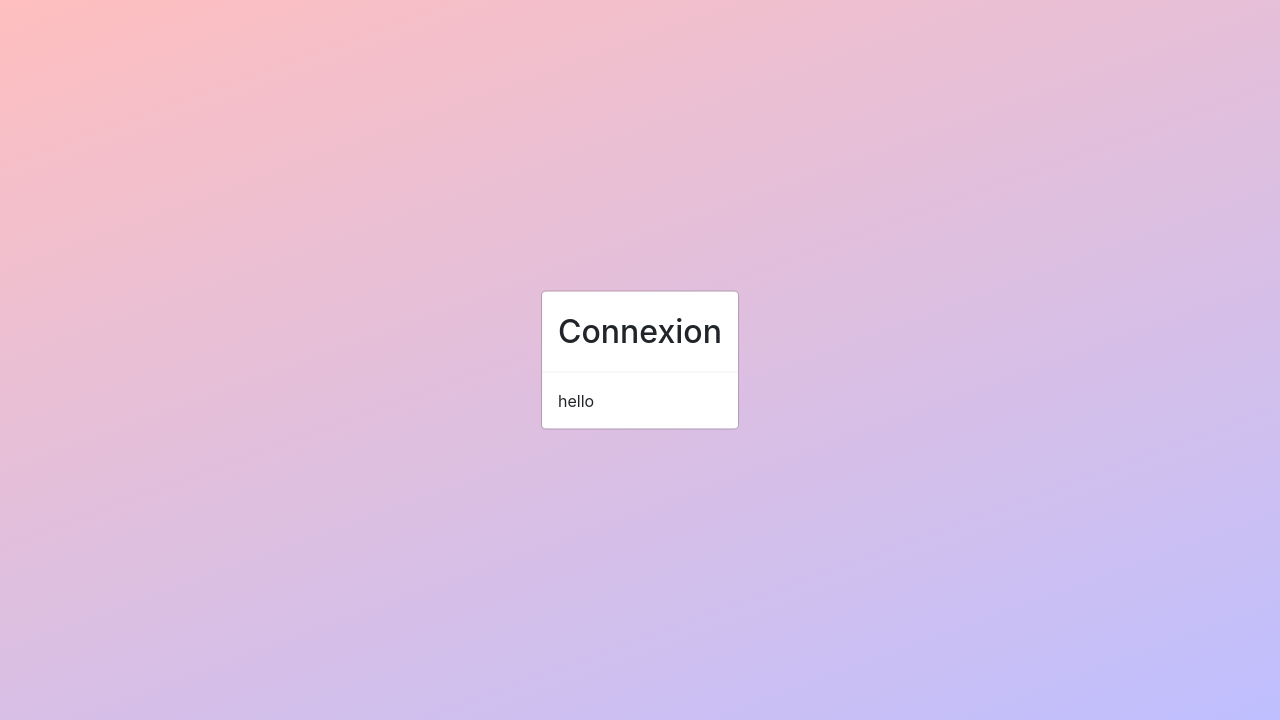
Repository: FS-23/react-task-manager
Page: /login
An editor plug-in stored every save of this project. The page is shown before and after the next save, followed by the edit.
The browser window is 1280 px wide. The pictures show the whole page.
The project was rebuilt for these pictures with package versions that can differ from the ones it lists, and the page was loaded fresh each time.

Above is the page before, as saved 2022-04-28 14:23:21.

### public/index.html
<!DOCTYPE html>
<html lang="en">
  <head>
    <meta charset="utf-8" />
    <link rel="icon" href="%PUBLIC_URL%/favicon.ico" />
    <meta name="viewport" content="width=device-width, initial-scale=1" />
    <meta name="theme-color" content="#000000" />
    <meta  name="description" content="Web site created using create-react-app"/>
    <link rel="apple-touch-icon" href="%PUBLIC_URL%/logo192.png" />

    <link rel="manifest" href="%PUBLIC_URL%/manifest.json" />

    <title>React App</title>

    <!-- CSS only -->
   <link href="https://cdn.jsdelivr.net/npm/bootstrap@5.1.3/dist/css/bootstrap.min.css" rel="stylesheet" >
  </head>
  <body>
    <noscript>You need to enable JavaScript to run this app.</noscript>
    <div id="root"></div>


    <!-- JavaScript Bundle with Popper -->
    <script src="https://cdn.jsdelivr.net/npm/bootstrap@5.1.3/dist/js/bootstrap.bundle.min.js"></script>
  </body>
</html>

### src/index.js
import React from 'react';
import ReactDOM from 'react-dom/client';
import './index.css';
import App from './App';
//import 'https://cdn.jsdelivr.net/npm/bootstrap@5.1.3/dist/css/bootstrap.min.css'

const root = ReactDOM.createRoot(document.getElementById('root'));
root.render(
  <React.StrictMode>
    <App />
  </React.StrictMode>
);

// If you want to start measuring performance in your app, pass a function
// to log results (for example: reportWebVitals(console.log))
// or send to an analytics endpoint. Learn more: https://bit.ly/CRA-vitals

### src/index.css
body {
  margin: 0;
  font-family: -apple-system, BlinkMacSystemFont, 'Segoe UI', 'Roboto', 'Oxygen',
    'Ubuntu', 'Cantarell', 'Fira Sans', 'Droid Sans', 'Helvetica Neue',
    sans-serif;
  -webkit-font-smoothing: antialiased;
  -moz-osx-font-smoothing: grayscale;
}

code {
  font-family: source-code-pro, Menlo, Monaco, Consolas, 'Courier New',
    monospace;
}


.login-bg {
     background-image: linear-gradient(160deg , red , blue);

}

### src/App.js

import Login from "./components/Login";
function App() {
  return (
    <div className="App">
         <Login />
    </div>
  );
}




export default App;

### src/components/Login.js
import { useState } from 'react'
function Login(){
    let [email , setEmail]= useState('')
    let [password , setPassword]= useState('')
    let [loading , setLoading]= useState(false)

    function handleEmailChange(event){
        setEmail(event.target.value)
    }

    function handlePasswordChange(event){
        setPassword(event.target.value)
    }

    function handleFormSubmit(event){
        event.preventDefault()
        console.log('form infos', {email , password})
        setLoading(true)
        setTimeout(()=> {
           setLoading(false)
        }, 3000)
    }
     return(
         <>
             <div className='position-fixed vw-100 vh-100  top-0'>
                    <div className="login-bg position-absolute opacity-25 top-0 w-100 h-100">

                    </div>

                    <div className='position-absolute translate-middle top-50 start-50'>
                         <div className='modal-dialog'>
                               <div className='modal-content'>
                                    <div className='modal-header'>
                                        <h2 className='modal-title'>Connexion</h2>
                                    </div>
                                    <div className='modal-body'>
                                          hello
                                    </div>
                               </div>
                         </div>
                    </div>
             </div>
         </>
     )
}

export default Login




/*

<form onSubmit={handleFormSubmit}>
                     <div className="mt-4">
                        <input className="form-control" onChange={handleEmailChange}/>
                     </div>
                     <div className="mt-4">
                       <input className="form-control" onChange={handlePasswordChange}/>
                     </div>
                     <button className="btn btn-primary mt-4">
                         Connecter
                         {loading ? <div className='spinner-border ms-1 spinner-border-sm'></div>: ''}
                     </button>
                     <div className='mt-3'>
                            email: {email} ---
                            password: {password}
                     </div>
                 </form>
                 */

After the next save:
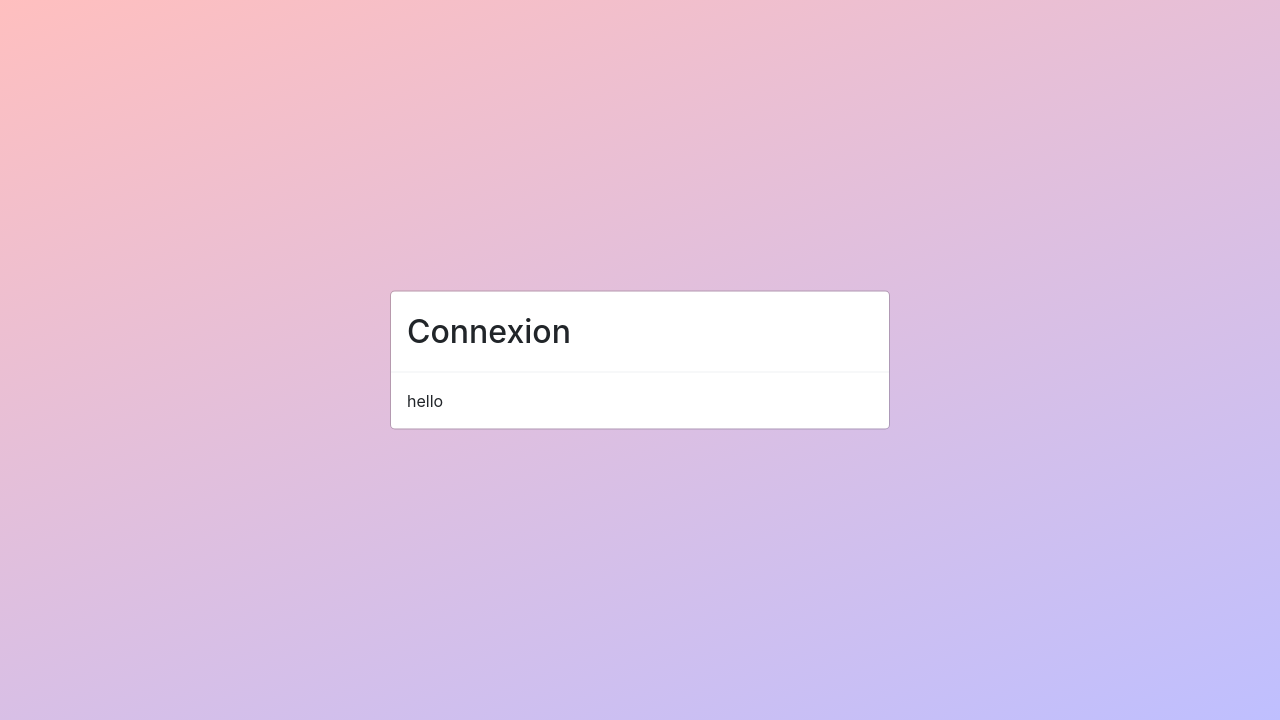
Saved 57 s later.
--- a/src/components/Login.js
+++ b/src/components/Login.js
@@ -28,7 +28,7 @@ function Login(){
                     </div>
 
                     <div className='position-absolute translate-middle top-50 start-50'>
-                         <div className='modal-dialog'>
+                         <div className='modal-dialog' style={{width: '500px'}}>
                                <div className='modal-content'>
                                     <div className='modal-header'>
                                         <h2 className='modal-title'>Connexion</h2>
